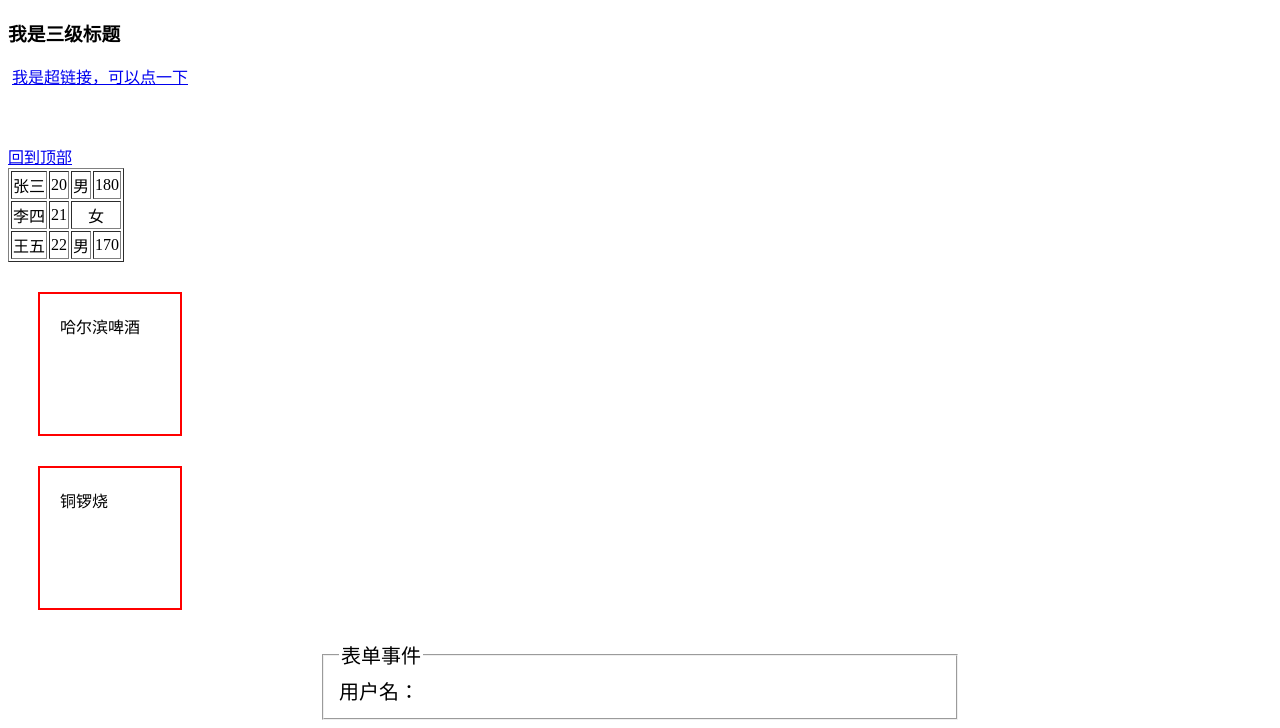
Repository: wyhzglgithub/mygitremote
Page: test.html
The author's editor kept a copy of each file at every save. The page is drawn from the files as they stood at one save, then again after a run of saves.
The browser window is 1280 px wide. The pictures show the whole page.

Above is the page before, as saved 2021-10-11 13:43:24.

After the next 3 saves:
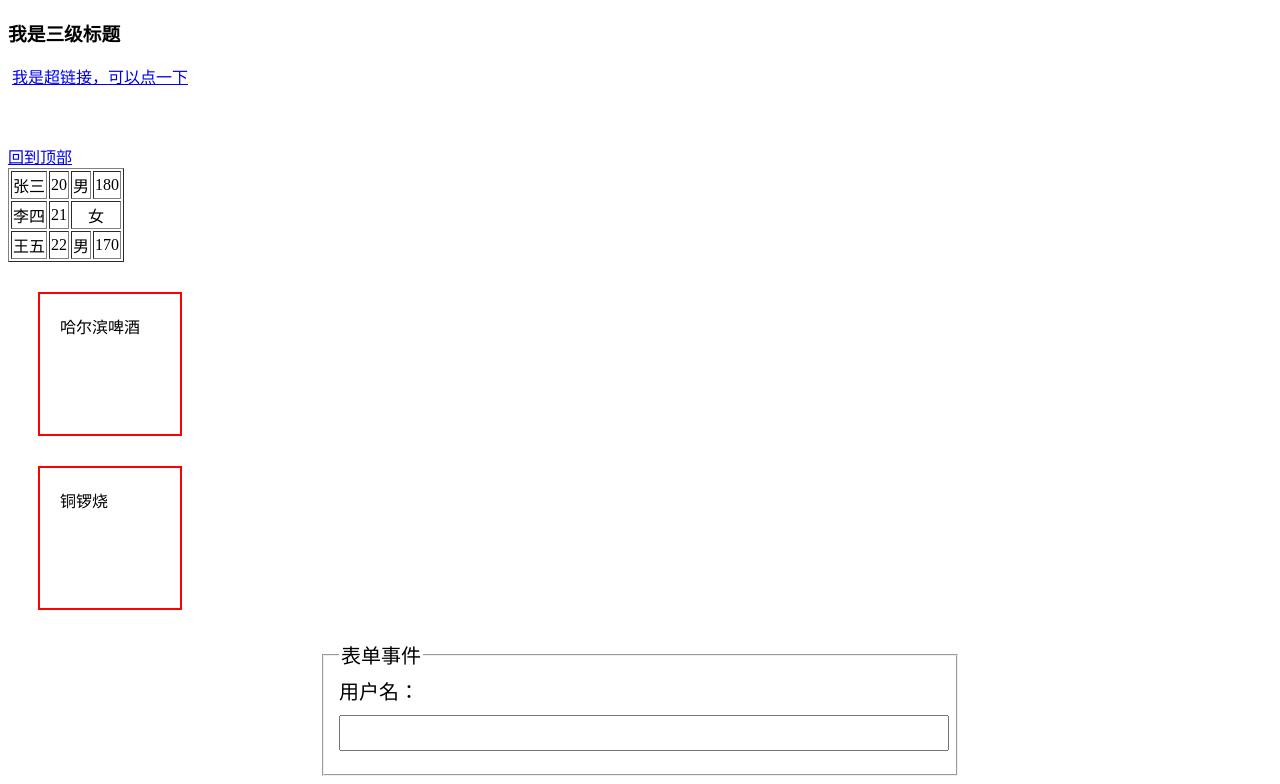
The 3 saves are shown as one change because they came seconds apart.
The last was saved 9 s later.
--- a/test.html
+++ b/test.html
@@ -69,7 +69,7 @@
         <fieldset>
             <legend>表单事件</legend>
             <label for="">
-                用户名：
+                用户名：<input>
             </label>
         </fieldset>
     </form>
